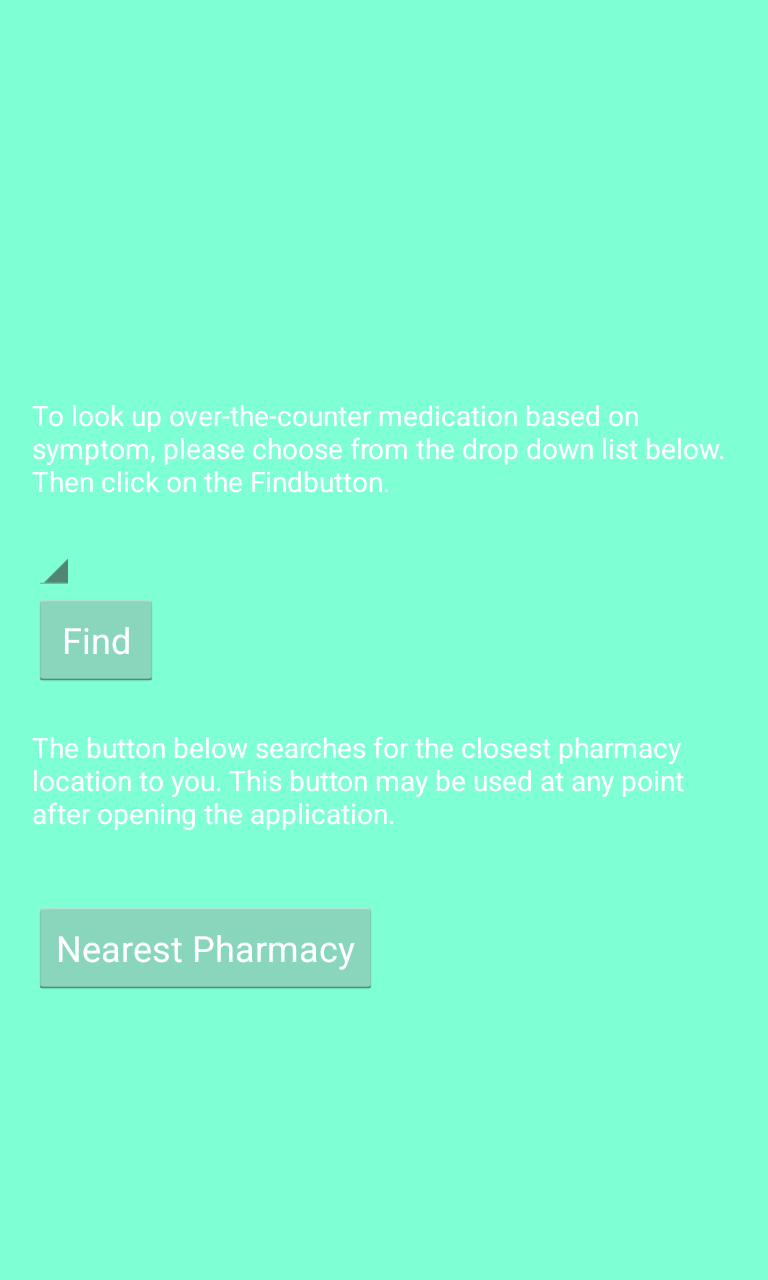
Repository: rosingrr/SympMeds
Layout: app/SympMeds/res/layout/activity_symptom_list.xml
The author's editor kept a copy of each file at every save. The layout is drawn from the files as they stood at one save, then again after the next save.
It is drawn on a 768 x 1280 px phone screen (xhdpi) without system bars, with theme AppTheme; the app's code is not run.

Above is the layout before, as saved 2013-08-02 20:35:19.

### app/SympMeds/res/layout/activity_symptom_list.xml
<RelativeLayout xmlns:android="http://schemas.android.com/apk/res/android"
    xmlns:tools="http://schemas.android.com/tools"
    android:layout_width="match_parent"
    android:layout_height="match_parent"
    android:background="@color/aqua_marine"
    android:paddingBottom="@dimen/activity_vertical_margin"
    android:paddingLeft="@dimen/activity_horizontal_margin"
    android:paddingRight="@dimen/activity_horizontal_margin"
    android:paddingTop="@dimen/activity_vertical_margin"
    tools:context=".SymptomList" >

    <Button
        android:id="@+id/button1"
        android:layout_width="wrap_content"
        android:layout_height="wrap_content"
        android:layout_alignLeft="@+id/TextView01"
        android:layout_below="@+id/TextView01"
        android:layout_marginTop="34dp"
        android:text="@string/Button"
        android:textColor="@color/white" />

    <Button
        android:id="@+id/search_button"
        android:layout_width="wrap_content"
        android:layout_height="wrap_content"
        android:layout_alignLeft="@+id/symptom_spinner"
        android:layout_centerVertical="true"
        android:onClick="search"
        android:text="@string/search"
        android:textColor="@color/white" />

    <Spinner
        android:id="@+id/symptom_spinner"
        android:layout_width="wrap_content"
        android:layout_height="wrap_content"
        android:layout_above="@+id/search_button"
        android:layout_alignLeft="@+id/sympInstr_textView" />

    <TextView
        android:id="@+id/TextView01"
        android:layout_width="wrap_content"
        android:layout_height="wrap_content"
        android:layout_alignLeft="@+id/search_button"
        android:layout_below="@+id/search_button"
        android:layout_marginTop="20dp"
        android:text="@string/nearest_instructions"
        android:textColor="@color/white"
        android:textSize="@string/18" />

    <TextView
        android:id="@+id/sympInstr_textView"
        android:layout_width="wrap_content"
        android:layout_height="wrap_content"
        android:layout_above="@+id/symptom_spinner"
        android:layout_centerHorizontal="true"
        android:layout_marginBottom="14dp"
        android:text="@string/symptom_instructions"
        android:textColor="@color/white"
        android:textSize="@string/18" />

</RelativeLayout>

### app/SympMeds/res/values/Colors.xml
<?xml version="1.0" encoding="utf-8"?>
<resources>
    <color name = "white">#ffffffff</color>
    <color name = "aqua_marine">#ff66cccc</color>
</resources>

### app/SympMeds/res/values/colors.xml
<?xml version="1.0" encoding="utf-8"?>
<resources>
    <color name="red">#ffff0000</color>
    <color name="green">#ff00ff00</color>
    <color name="blue">#ff0000ff</color>
    <color name="transparent_red">#ffff0000</color>
    <color name="steel_blue">#ff4682B4</color>
    <color name="crimson">#ffdc143c</color>
    <color name="sea_green">#ff2e8b57</color>
    <color name="aqua_marine">#ff7fffd4</color>
    <color name="white">#ffffffff</color>
    <color name="darker_aqua_marine">#ff3f7f6a</color>
    <color name="color1">#ff66cccc</color>
    <color name="color2">#ff33cccc</color>
    <color name="color3">#ff00cccc</color>
</resources>

### app/SympMeds/res/values/strings.xml
<?xml version="1.0" encoding="utf-8"?>
<resources>

    <string name="app_name">SympMeds</string>
    <string name="action_settings">Settings</string>
    <string name="nearest_pharmacy">Nearest Pharmacy</string>
    <string name="welcome">This app is not meant to be used as a replacement of a doctor. If symptoms become severe and/ or persistent we recommend you see a doctor immediately.</string>
    <string name="start">Get Started</string>

    <string name="title_activity_symptom_list">SymptomList</string>
    <string name="symptom_instructions">To look up over-the-counter medication based on symptom, please choose from the drop down list below. Then click on the "Find" button.</string>
    <string name="search">Find</string>
    <string name="symptoms">Symptoms</string>
    <string name="nearest_instructions">The button below searches for the closest pharmacy location to you. This button may be used at any point after opening the application.</string>
    <string name="Button">Nearest Pharmacy</string>

    <string name="title_activity_drug_list">DrugList</string>
    <string name="symptom_name">name of symptom</string>
    <string name="symptom_description">description of symptom</string>
    <string name="drug_instructions">Choose a drug from the drop-down list and then push the Get Info button to pull up the information on the drug.</string>
    <string name="get_info">Get Info</string>
    <string name="end">/////</string>

    <string name="title_activity_drug_info">DrugInfo</string>
    <string name="drug_name">Medication Name</string>
    <string name="symptoms_label">Uses:</string>
    <string name="side_effects_label">Warnings:</string>
    <string name="directions_label">Directions:</string>
    <string name="unknown">unknown</string>
    <string name="medications">Medications</string>

    <string name="15">15</string>
    <string name="16">16</string>
    <string name="18">18</string>
    <string name="19">19</string>
    <string name="25">25</string>

</resources>

Loaded but not shown: app/SympMeds/res/values/styles.xml (common file); app/SympMeds/res/values-v11/styles.xml (common file); app/SympMeds/res/values-v14/styles.xml (common file); app/SympMeds/res/values/dimens.xml (common file)

After the next save:
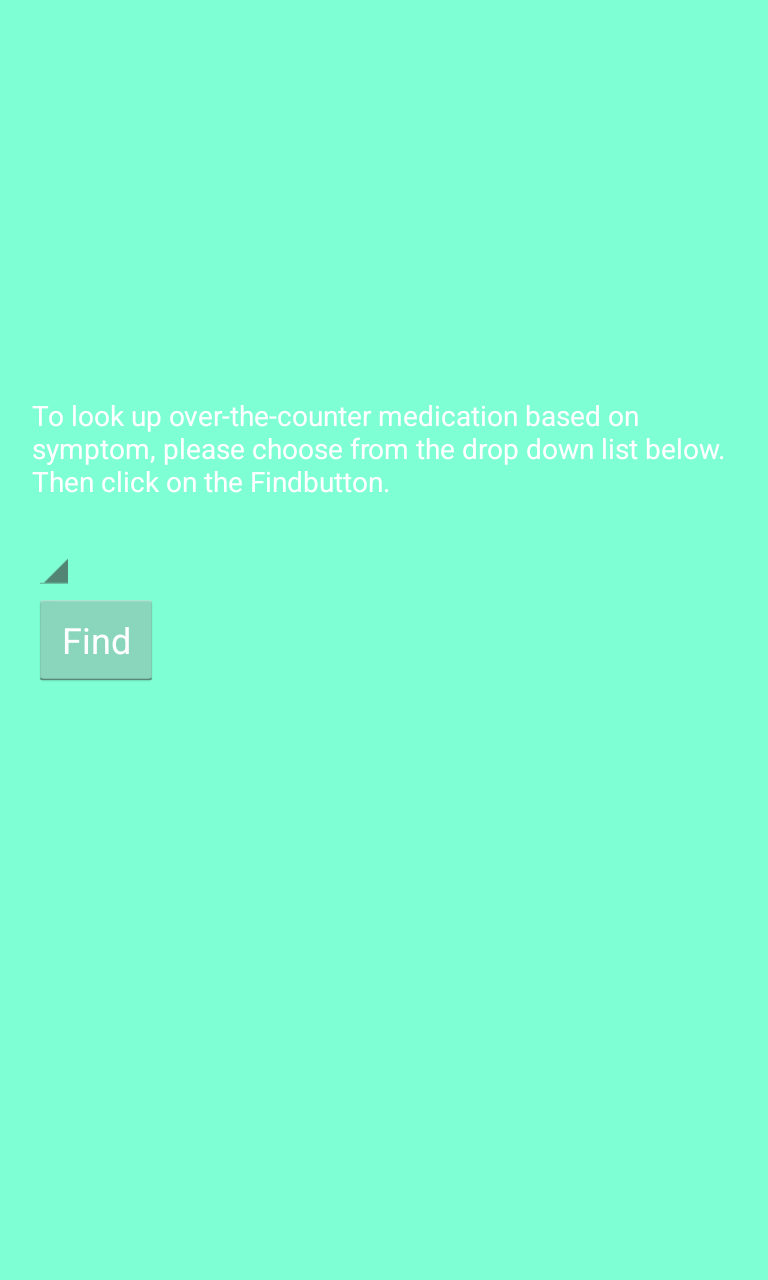
Saved 2 min 35 s later.
--- a/app/SympMeds/res/layout/activity_symptom_list.xml
+++ b/app/SympMeds/res/layout/activity_symptom_list.xml
@@ -8,16 +8,6 @@
     android:paddingRight="@dimen/activity_horizontal_margin"
     android:paddingTop="@dimen/activity_vertical_margin"
     tools:context=".SymptomList" >
-
-    <Button
-        android:id="@+id/button1"
-        android:layout_width="wrap_content"
-        android:layout_height="wrap_content"
-        android:layout_alignLeft="@+id/TextView01"
-        android:layout_below="@+id/TextView01"
-        android:layout_marginTop="34dp"
-        android:text="@string/Button"
-        android:textColor="@color/white" />
 
     <Button
         android:id="@+id/search_button"
@@ -37,17 +27,6 @@
         android:layout_alignLeft="@+id/sympInstr_textView" />
 
     <TextView
-        android:id="@+id/TextView01"
-        android:layout_width="wrap_content"
-        android:layout_height="wrap_content"
-        android:layout_alignLeft="@+id/search_button"
-        android:layout_below="@+id/search_button"
-        android:layout_marginTop="20dp"
-        android:text="@string/nearest_instructions"
-        android:textColor="@color/white"
-        android:textSize="@string/18" />
-
-    <TextView
         android:id="@+id/sympInstr_textView"
         android:layout_width="wrap_content"
         android:layout_height="wrap_content"
